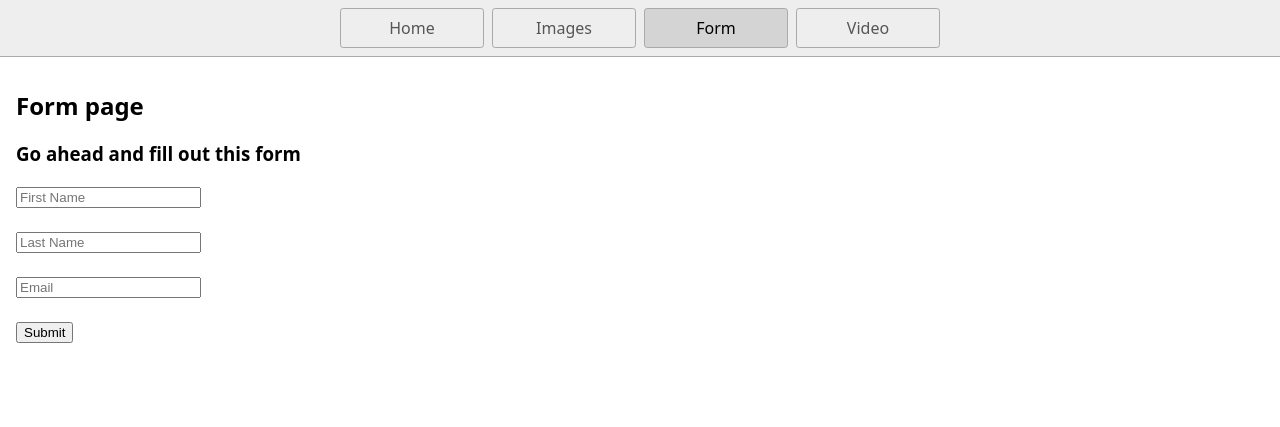
Repository: sebas6292/palmTree-Final
Page: Form.html
An editor plug-in stored every save of this project. The page is shown before and after the next save, followed by the edit.
The browser window is 1280 px wide. The pictures show the whole page.

Above is the page before, as saved 2023-05-27 11:03:41.
Not found: script.js

After the next save:
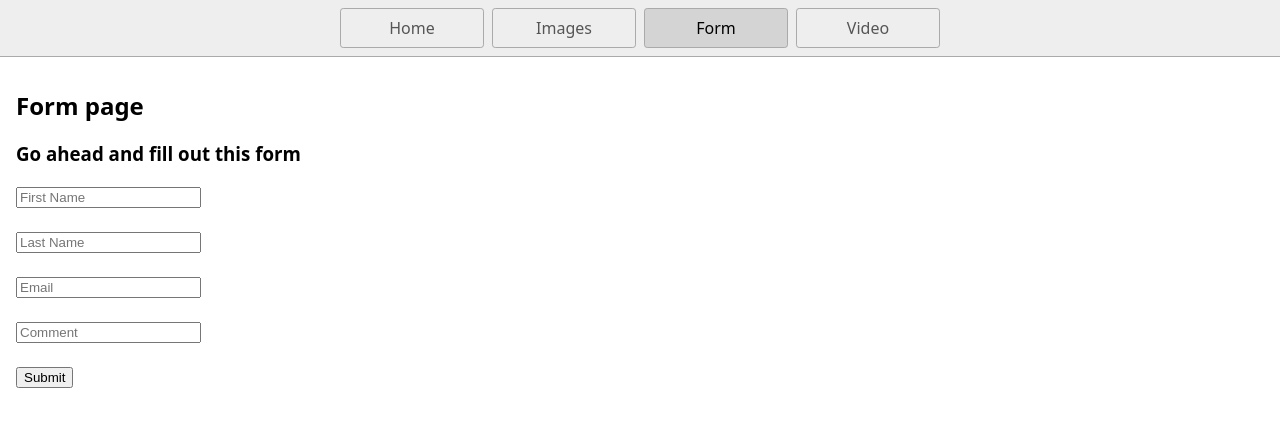
Saved 109 s later.
--- a/Form.html
+++ b/Form.html
@@ -29,6 +29,9 @@
         <br>
         <input type="text" id="email" name="email" placeholder="Email"><br>
         <br>
+        <input type="text" id="comment" name="comment" placeholder="Comment"><br>
+        <br>
+
         <input type="submit" value="Submit">
       </form>
     </main>
